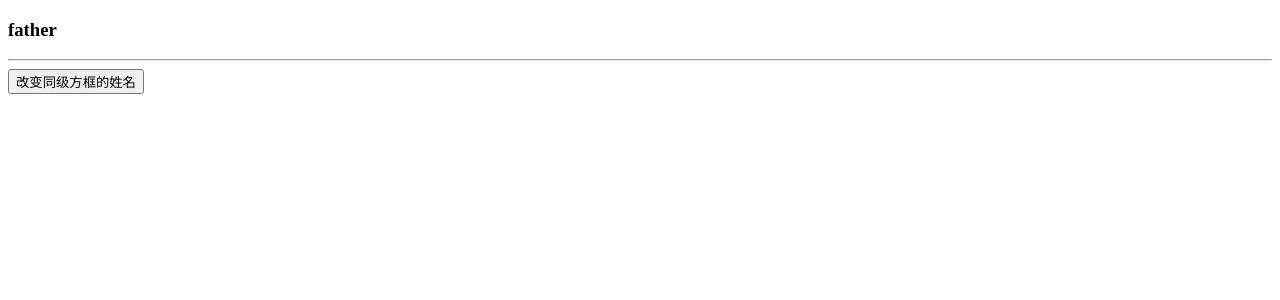
Repository: WanYouwen/react_study_code
Page: day02/03-父子组件通信/04-非父子组件通信-ref.html
These files come from the project's save history. The page is drawn as it stood at one moment and after the next save; the edit follows.
The browser window is 1280 px wide. The pictures show the whole page.

Above is the page before, as saved 2020-08-12 15:58:57.

After the next save:
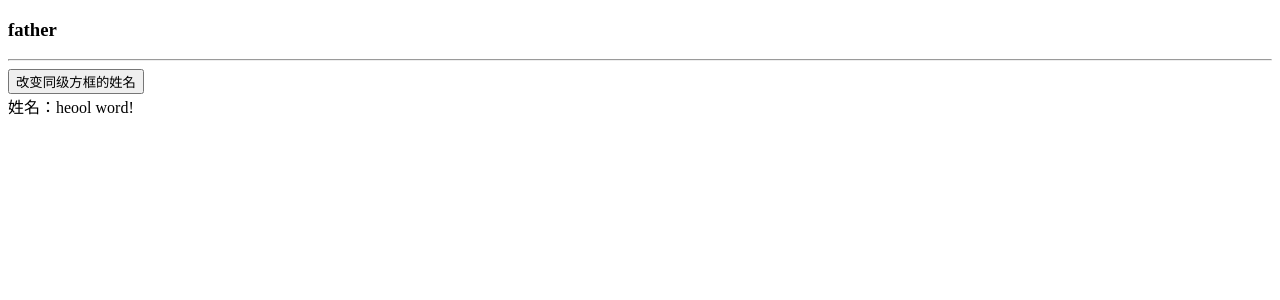
Saved 97 s later.
--- a/day02/03-父子组件通信/04-非父子组件通信-ref.html
+++ b/day02/03-父子组件通信/04-非父子组件通信-ref.html
@@ -95,6 +95,7 @@
               */}
 
             <ChangeBtn change={this.ChangeName} />
+            <VarContent ref={(el) => (this.content = el)} />
           </div>
         );
       },
